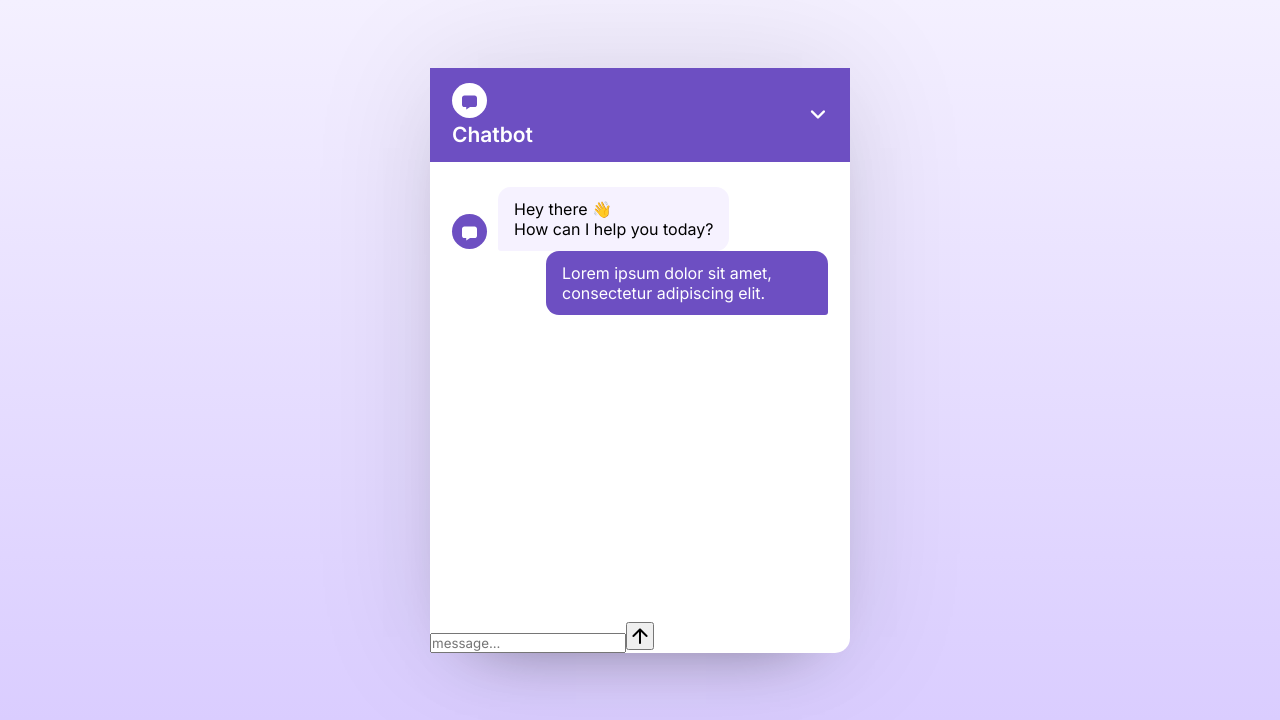
Repository: gogg23/chatbot
Page: / (app in chatbot/)
The author's editor kept a copy of each file at every save. The page is drawn from the files as they stood at one save, then again after the next save.
The browser window is 1280 px wide. The pictures show the whole page.
The project was rebuilt for these pictures with package versions that can differ from the ones it lists, and the page was loaded fresh each time. Also part of the build but not shown: chatbot/vite.config.js.

Above is the page before, as saved 2025-01-17 12:41:28.

### chatbot/index.html
<!DOCTYPE html>
<html lang="en">
  <head>
    <meta charset="UTF-8" />
    <link rel="icon" type="image/svg+xml" href="/vite.svg" />
    <meta name="viewport" content="width=device-width, initial-scale=1.0" />
    <title>Chatbot in ReactJS</title>
    <!--Linking google Fonts for Icons-->
    <link
      href="https://fonts.googleapis.com/css2?family=Material+Symbols+Rounded"
      rel="stylesheet"
    />
  </head>
  <body>
    <div id="root"></div>
    <script type="module" src="/src/main.jsx"></script>
  </body>
</html>

### chatbot/src/index.css
/*Importing Google Fonts - Inter*/
@import url('https://fonts.googleapis.com/css2?family=Inter:ital,opsz,wght@0,14..32,100..900;1,14..32,100..900&display=swap');

* {
  margin: 0;
  padding: 0;
  box-sizing: border-box;
  font-family: 'Inter', sans-serif;
}

body {
  width: 100%;
  display: flex;
  align-items: center;
  justify-content: center;
  min-height: 100vh;
  background: linear-gradient(#f4f0ff, #dacdff);
}

.chatbot-popup {
  width: 420px;
  background: #fff;
  border-radius: 15px;
  box-shadow: 0 0 128px 0 rgba(0, 0, 0, 0.1),
    0 32px 64px -48px rgba(0, 0, 0, 0.5);
}

.chatbot-popup .chat-header {
  display: flex;
  padding: 15px 22px;
  align-items: center;
  justify-content: space-between;
  background: #6d4fc2;
}

.chatbot-header .header-info {
  display: flex;
  gap: 10px;
  align-items: center;
}

.header-info svg {
  height: 35px;
  width: 35px;
  padding: 6px;
  flex-shrink: 0;
  fill: #6d4fc2;
  background: #fff;
  border-radius: 50%;
}

.header-info .logo-text {
  color: #fff;
  font-size: 1.31rem;
  font-weight: 600;
}

.chat-header button {
  height: 40px;
  width: 40px;
  border: none;
  outline: none;
  color: #fff;
  cursor: pointer;
  font-size: 1.9rem;
  padding-top: 2px;
  border-radius: 50%;
  margin-right: -10px;
  background: none;
  transition: 0.2s ease;
}
.chat-header button:hover {
  background: #593bab;
}
.chat-body {
  padding: 25px 22px;
  height: 460px;
  overflow-y: auto;
}

.chat-body .message {
  display: flex;
  gap: 11px;
  align-items: center;
}

.chat-body .bot-message svg {
  height: 35px;
  width: 35px;
  padding: 6px;
  flex-shrink: 0;
  fill: #fff;
  align-self: flex-end;
  margin-bottom: 2px;
  background: #6d4fc2;
  border-radius: 50%;
}

.chat-body .message .message-text {
  padding: 12px 16px;
  max-width: 75%;
  background: #6d4fc2;
  word-wrap: break-word;
}

.chat-body .bot-message .message-text {
  background: #f6f2ff;
  border-radius: 13px 13px 13px 3px;
}

.chat-body .user-message {
  flex-direction: column;
  align-items: flex-end;
}

.chat-body .user-message .message-text {
  color: #fff;
  background: #6d4fc2;
  border-radius: 13px 13px 3px 13px;
}

### chatbot/src/App.jsx
import ChatbotIcon from './components/ChatbotIcon';

const App = () => {
  return (
    <div className='container'>
      <div className='chatbot-popup'>
        {/*Chatbot Header*/}
        <div className='chat-header'>
          <div className='header-info'>
            <ChatbotIcon />
            <h2 className='logo-text'>Chatbot</h2>
          </div>
          <button className='material-symbols-rounded'>
            keyboard_arrow_down
          </button>
        </div>
        {/*Chatbot Body*/}
        <div className='chat-body'>
          <div className='message bot-message'>
            <ChatbotIcon />
            <p className='message-text'>
              Hey there 👋
              <br />
              How can I help you today?
            </p>
          </div>
          <div className='message user-message'>
            <p className='message-text'>
              Lorem ipsum dolor sit amet, consectetur adipiscing elit.
            </p>
          </div>
        </div>
        {/*Chatbot Footer*/}
        <div className='chat-footer'>
          <form action='#' className='chat-form'></form>
          <input
            type='text'
            placeholder='message...'
            className='message-input'
            required
          />
          <button className='material-symbols-rounded'>arrow_upward</button>
        </div>
      </div>
    </div>
  );
};

export default App;

### chatbot/src/components/ChatbotIcon.jsx
const ChatbotIcon = () => {
  return (
    <svg
      xmlns='http://www.w3.org/2000/svg'
      width='50'
      height='50'
      viewBox='0 0 1024 1024'
    >
      <path
        d='M738.3 287.6H285.7c-59 0-106.8
      47.8-106.8 106.8v303.1c0 59 47.8 106.8 106.8 106.8h81.5v111.1c0
      .7.8 1.1 1.4.7l166.9-110.6 41.8-.8h117.4l43.6-.4c59
      0 106.8-47.8 106.8-106.8V394.5c0-59-47.8-106.9-106.8-106.9zM351
      .7 448.2c0-29.5 23.9-53.5 53.5-53.5s53.5 23.9 53.5 53.5-23.9
      53.5-53.5 53.5-53.5-23.9-53.5-53.5zm157.9 267.1c-67.8 0-123.8-47
      .5-132.3-109h264.6c-8.6 61.5-64.5 109-132.3 109zm110-213.7c-29.5
      0-53.5-23.9-53.5-53.5s23.9-53.5 53.5-53.5 53.5 23.9 53.5 53.5-23.9
      53.5-53.5 53.5zM867.2 644.5V453.1h26.5c19.4 0 35.1 15.7 35.1 35.1v121.1c0
      19.4-15.7 35.1-35.1 35.1h-26.5zM95.2 609.4V488.2c0-19.4 15.7-35.1
      35.1-35.1h26.5v191.3h-26.5c-19.4 0-35.1-15.7-35.1-35.1zM561.5 149.6c0 23.4-15.6
      43.3-36.9 49.7v44.9h-30v-44.9c-21.4-6.5-36.9-26.3-36.9-49.7 0-28.6 23.3-51.9 51.9-51.9s51.9
      23.3 51.9 51.9z'
      />
    </svg>
  );
};

export default ChatbotIcon;

Loaded but not shown: chatbot/src/main.jsx (common file)

After the next save:
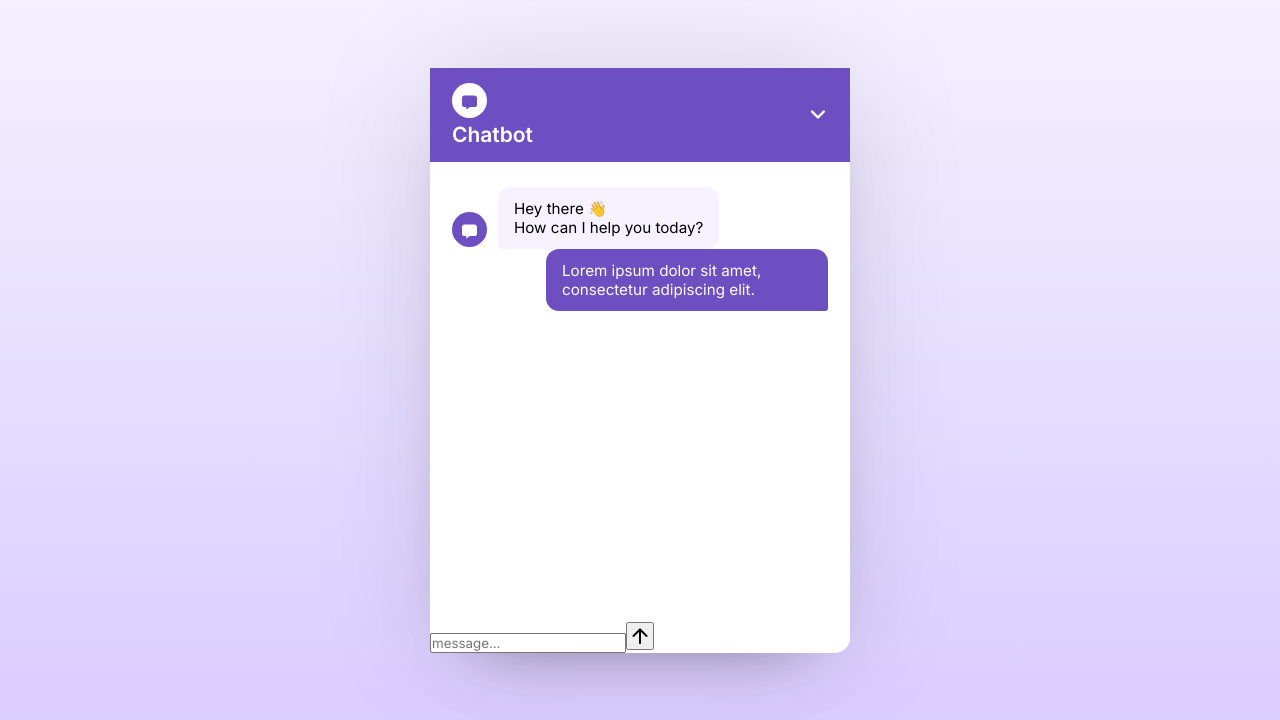
Saved 2 min 30 s later.
--- a/chatbot/src/index.css
+++ b/chatbot/src/index.css
@@ -101,6 +101,8 @@ body {
   max-width: 75%;
   background: #6d4fc2;
   word-wrap: break-word;
+  white-space: pre-line;
+  font-size: 0.95rem;
 }
 
 .chat-body .bot-message .message-text {
